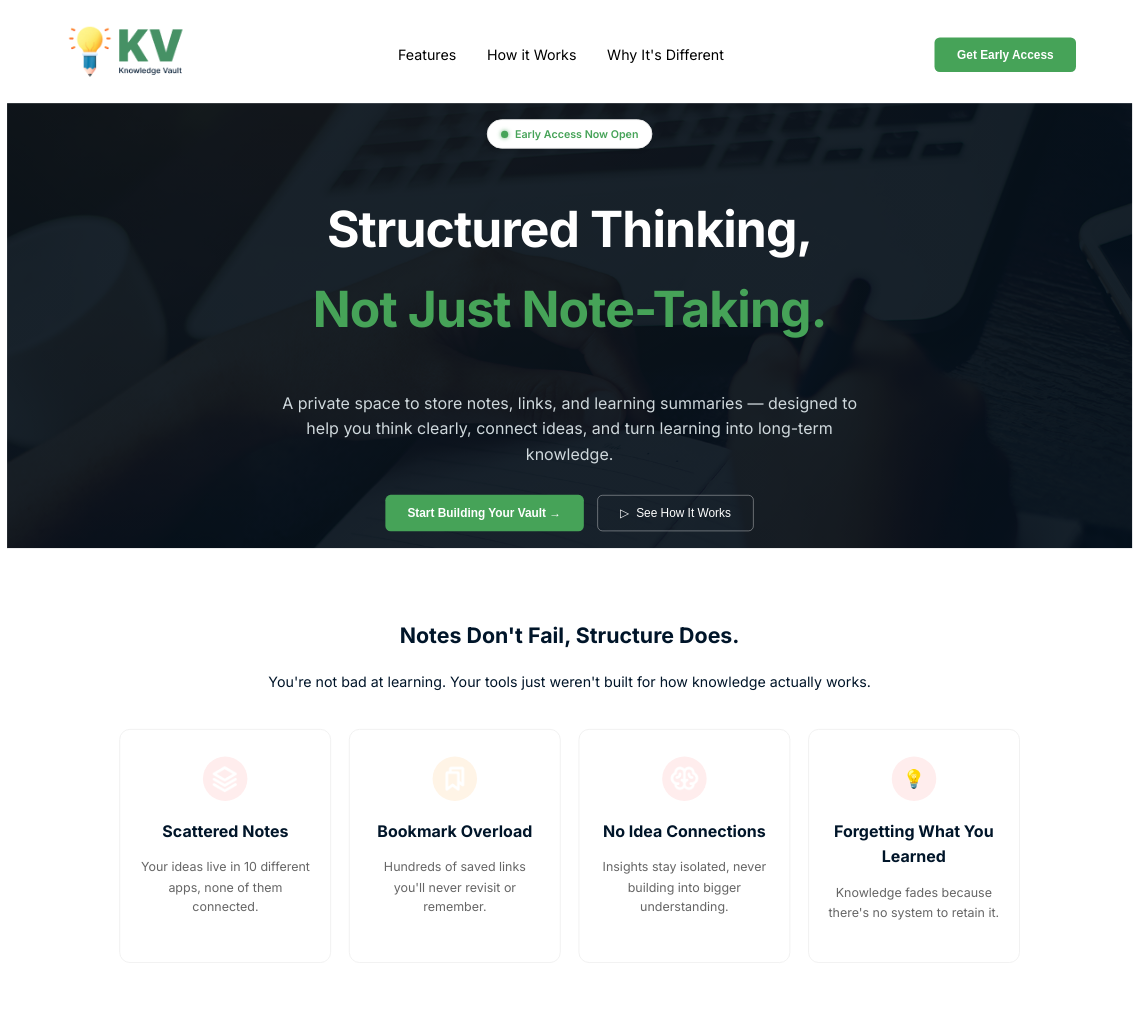
Repository: Saiful21Islam/my-fast-devel
Page: index.html
These files come from the project's save history. The page is drawn as it stood at one moment and after a run of saves; the edit follows.
The browser window is 1280 px wide. The pictures show the whole page, at 89% of full size.

Above is the page before, as saved 2026-01-31 11:59:11.

### index.html
<!DOCTYPE html>
<html lang="en">

<head>
    <meta charset="UTF-8">
    <meta name="viewport" content="width=device-width, initial-scale=1.0">
    <title>My Fast Development Project</title>
    <link rel="preconnect" href="https://fonts.googleapis.com">
<link rel="preconnect" href="https://fonts.gstatic.com" crossorigin>
<link href="https://fonts.googleapis.com/css2?family=Inter:ital,opsz,wght@0,14..32,100..900;1,14..32,100..900&family=Open+Sans:ital,wght@0,300..800;1,300..800&family=Work+Sans:ital,wght@0,100..900;1,100..900&display=swap" rel="stylesheet">
    <link rel="stylesheet" href="style.css">
</head>

<body>
    <header class="navbar">
        <div class="logo">
            <img src="assets/logo-navbar.png" alt="kv logo">
        </div>
    <nav class="nav-links">
        <a href="#">Features</a>
        <a href="#">How it Works</a>
        <a href="#">Why It's Different</a>
    </nav>
    <button class="btn-primary">Get Early Access</button>
</header>
 <section class="banner">
        <div class="banner-overlay">
            <div class="banner-content">
                <span class="early-badge">Early Access Now Open</span>
                <h1>Structured Thinking, <br><span class="green-text">Not Just Note-Taking.</span></h1>
                <p>A private space to store notes, links, and learning summaries — designed to help you think clearly,
                    connect ideas, and turn learning into long-term knowledge.</p>
                <div class="banner-btns">
                  <button class="btn-primary">Start Building Your Vault &rarr;</button>

                  <button class="btn-outline">
                  <span class="play-icon">&#9655;</span> See How It Works
                           </button>
                </div>
            </div>
        </div>
    </section>
        <section class="notes">
    <h2>Notes Don't Fail, Structure Does.</h2>
    <p class="subtitle">You're not bad at learning. Your tools just weren't built for how knowledge actually works.</p>

    <div class="card-container">
        <div class="card">
            <div class="icon-circle red-bg"> <img src="assets/Vector.png" alt=""> </div>
            <h3>Scattered Notes</h3>
            <p>Your ideas live in 10 different apps, none of them connected.</p>
        </div>
        <div class="card">
            <div class="icon-circle orange-bg"> <img src="assets/Bookmarks.png" alt=""> </div>
            <h3>Bookmark Overload</h3>
            <p>Hundreds of saved links you'll never revisit or remember.</p>
        </div>
        <div class="card">
            <div class="icon-circle red-bg"> <img src="assets/Brain.png" alt=""> </div>
            <h3>No Idea Connections</h3>
            <p>Insights stay isolated, never building into bigger understanding.</p>
        </div>
        <div class="card">
            <div class="icon-circle red-bg">💡</div>
            <h3>Forgetting What You Learned</h3>
            <p>Knowledge fades because there's no system to retain it.</p>
        </div>
    </div>
    </section>


</body>
</html>

### style.css
/* Google Font (Always on Top) */
@import url('https://fonts.googleapis.com/css2?family=Inter:wght@400;600;700&display=swap');

/* Global */
body {
    font-family: 'Inter', sans-serif;
    color: #001529;
    line-height: 1.6;
}

/* Navbar */
.navbar {
    display: flex;
    justify-content: space-between;
    align-items: center;
    padding: 20px 5%;
}

.nav-links a {
    text-decoration: none;
    color: black;
    margin: 0 15px;
}

/* Buttons */
.btn-early {
    background-color: #46a358;
    color: white;
    padding: 10px 20px;
    border: none;
    border-radius: 5px;
}

/* Banner */
.banner {
    background-image: linear-gradient(rgba(0,0,0,0.5), rgba(0,0,0,0.5)),
                      url('assets/hero-bg.png');
    background-size: cover;
    background-position: center;
    height: 500px;

    display: flex;
    justify-content: center;
    align-items: center;
    text-align: center;
    color: white;
}

/* Badge */
.early-badge {
    display: inline-flex;
    align-items: center;
    color: #46a358;
    background-color: #fff;
    padding: 6px 15px;
    border: 1px solid #eee;
    border-radius: 50px;
    font-size: 12px;
    font-weight: 600;
    cursor: pointer;
    box-shadow: 0 2px 5px rgba(0,0,0,0.1);
}

.early-badge::before {
    content: "";
    height: 8px;
    width: 8px;
    background-color: #46a358;
    border-radius: 50%;
    margin-right: 8px;
    box-shadow: 0 0 5px rgba(70, 163, 88, 0.8);
}

/* Text */
h1 {
    font-size: 56px;
    font-weight: 700;
    letter-spacing: -1px;
}

.green-text {
    color: #46a358;
}

.banner p {
    font-size: 18px;
    color: #cfd8dc;
    max-width: 650px;
    margin: 20px auto;
}

/* Banner Buttons */
.banner-btns {
    display: flex;
    justify-content: center;
    gap: 15px;
    margin-top: 30px;
}

.btn-primary {
    background-color: #46a358;
    color: white;
    padding: 12px 25px;
    border: none;
    border-radius: 6px;
    font-weight: 600;
    cursor: pointer;
    transition: 0.3s;
}

.btn-primary:hover {
    background-color: #3b8a4a;
}

.btn-outline {
    background: transparent;
    color: white;
    padding: 12px 25px;
    border: 1px solid rgba(255, 255, 255, 0.4);
    border-radius: 6px;
    font-weight: 500;
    cursor: pointer;
    display: flex;
    align-items: center;
    gap: 8px;
}

.btn-outline:hover {
    background: rgba(255, 255, 255, 0.1);
    border-color: white;
}


.notes {
    text-align: center;
    padding: 60px 10%;
    background-color: #fff;
}

.card-container {
    display: flex; /* 4ti card ke pashapashi rakhar jonno */
    gap: 20px;
    margin-top: 40px;
}

.card {
    flex: 1; /* Shob card shoman size-er hobe */
    padding: 30px 20px;
    border: 1px solid #f0f0f0;
    border-radius: 12px;
    transition: 0.3s;
}

/* Hover Effect (Challenge Requirement) */
.card:hover {
    box-shadow: 0 10px 20px rgba(0,0,0,0.05);
    transform: translateY(-5px);
}

/* Icon Design */
.icon-circle {
    width: 50px;
    height: 50px;
    border-radius: 50%;
    display: flex;
    align-items: center;
    justify-content: center;
    margin: 0 auto 20px;
    font-size: 20px;
}

.red-bg { background-color: #ffeded; color: #ff4d4d; }
.orange-bg { background-color: #fff4e6; color: #ff922b; }

.card h3 {
    font-size: 18px;
    margin-bottom: 10px;
}

.card p {
    font-size: 14px;
    color: #666;
}

After the next 3 saves:
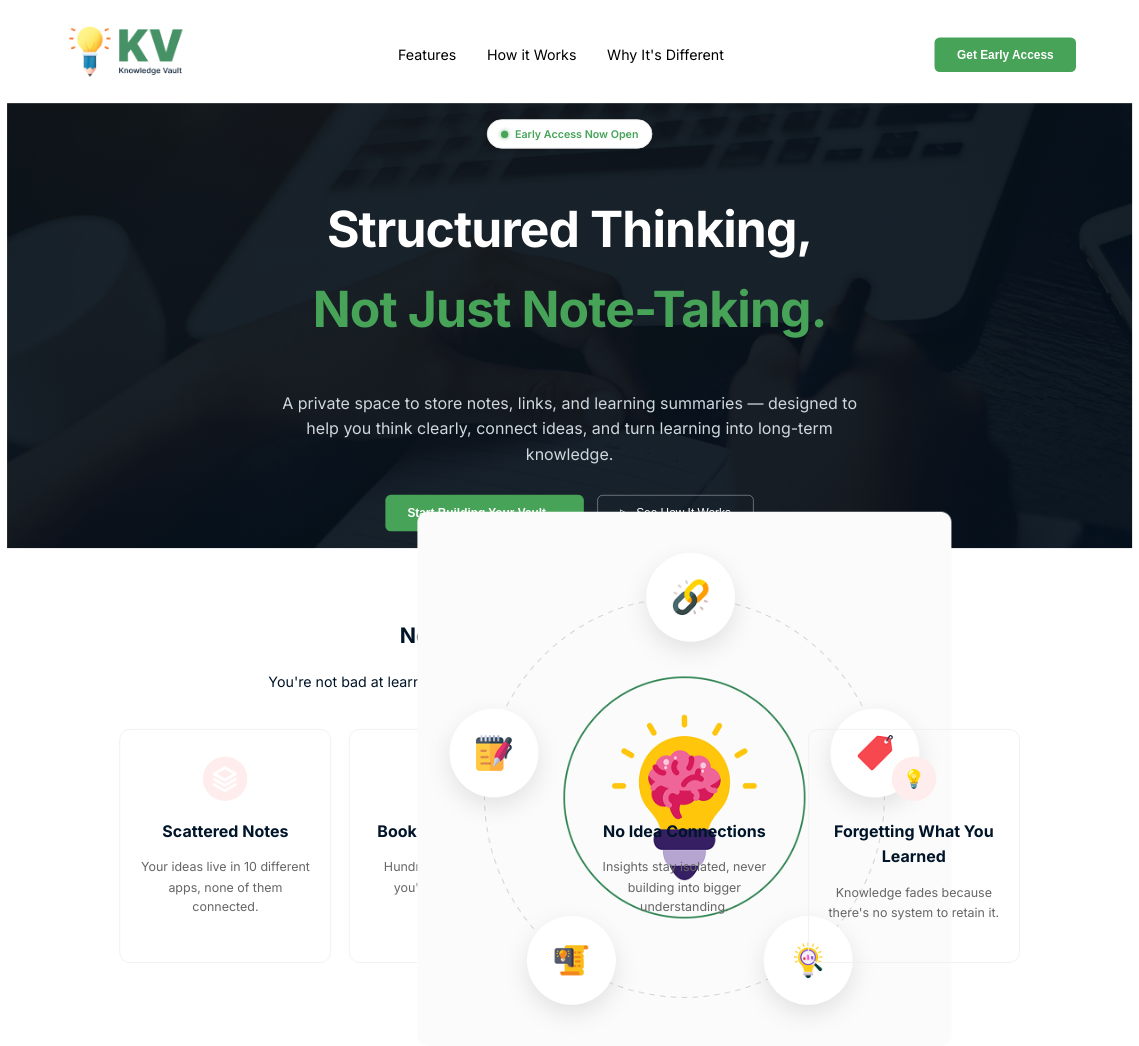
The 3 saves are shown as one change because they came seconds apart.
The last was saved 11 s later.
--- a/index.html
+++ b/index.html
@@ -56,7 +56,7 @@
             <p>Hundreds of saved links you'll never revisit or remember.</p>
         </div>
         <div class="card">
-            <div class="icon-circle red-bg"> <img src="assets/Brain.png" alt=""> </div>
+            <div class="icon-circle red-bg"> <img src="assets/knowledge.png" alt=""> </div>
             <h3>No Idea Connections</h3>
             <p>Insights stay isolated, never building into bigger understanding.</p>
         </div>

After the 4 saves that followed:
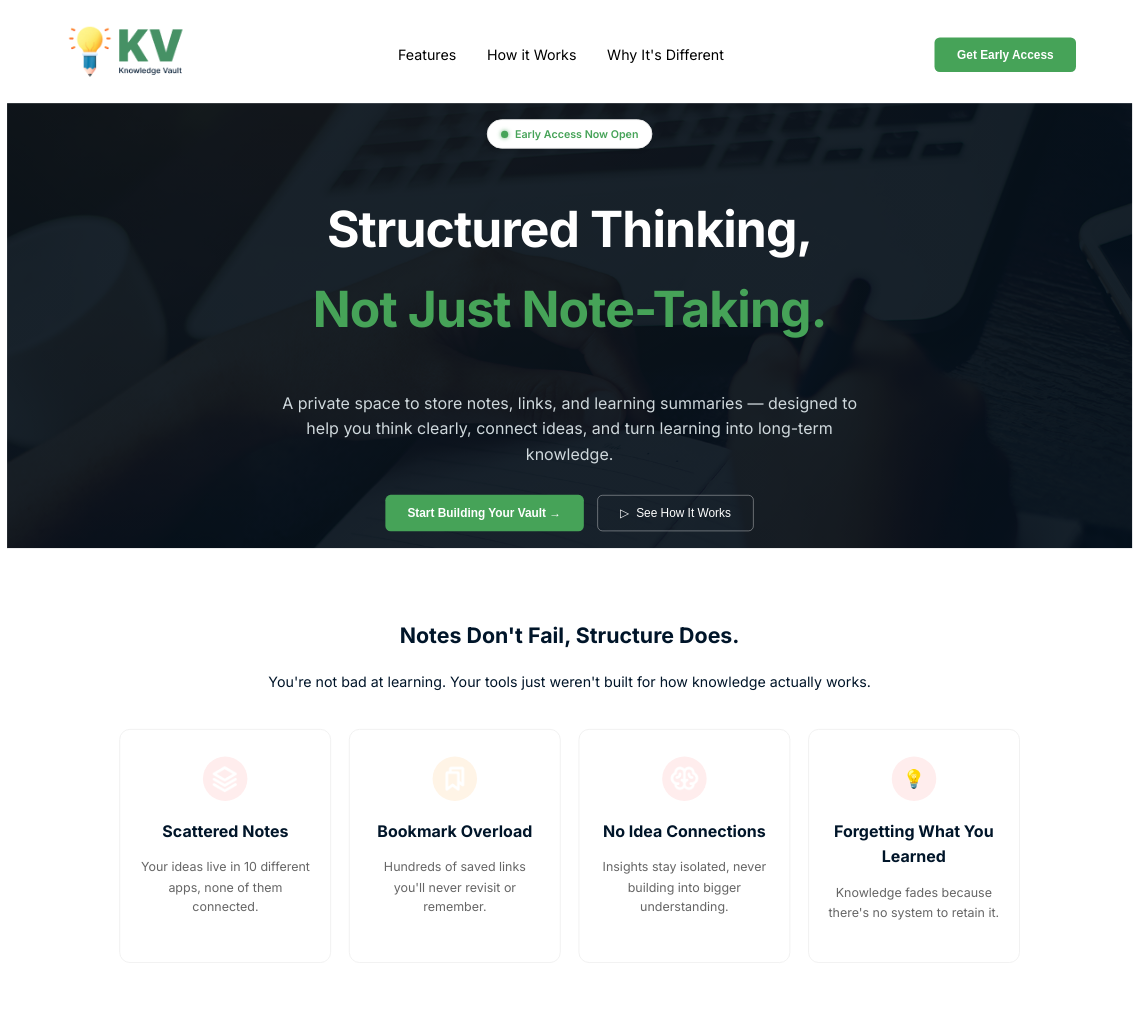
The 4 saves are shown as one change because they came seconds apart.
The last was saved 13 s later.
--- a/index.html
+++ b/index.html
@@ -56,7 +56,7 @@
             <p>Hundreds of saved links you'll never revisit or remember.</p>
         </div>
         <div class="card">
-            <div class="icon-circle red-bg"> <img src="assets/knowledge.png" alt=""> </div>
+            <div class="icon-circle red-bg"> <img src="assets/Brain.png" alt=""> </div>
             <h3>No Idea Connections</h3>
             <p>Insights stay isolated, never building into bigger understanding.</p>
         </div>
